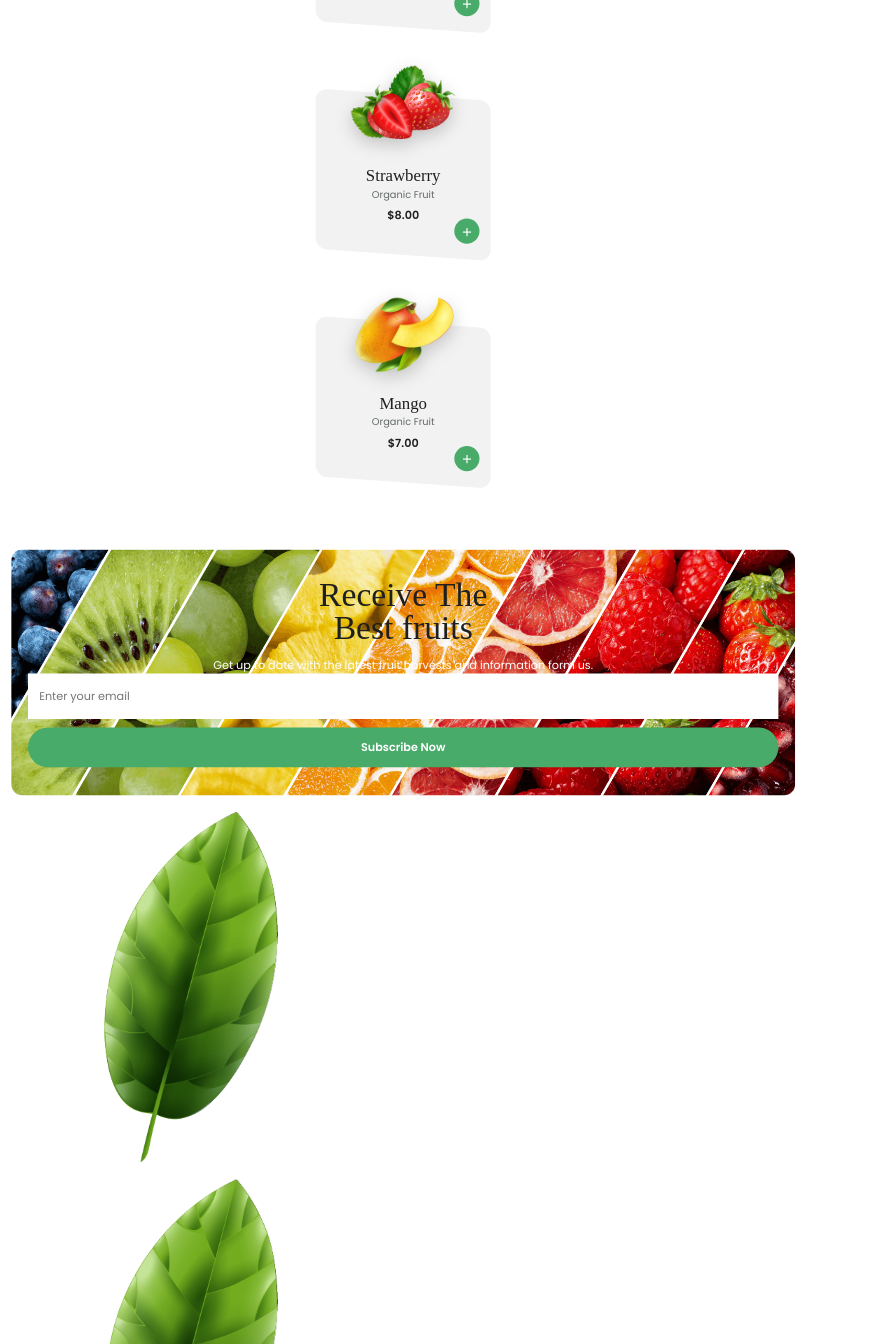
Repository: dinhhaidh/fruit
Page: index.html
These files come from the project's save history. The page is drawn as it stood at one moment and after the next save; the edit follows.
The browser window is 1280 px wide. The pictures show the part of the page from y = 3803 to 5723 px (the page is 6069 px tall), at 70% of full size.
Some web fonts or font styles are not loaded; a fallback is used.

Above is the page before, as saved 2024-02-19 09:57:54.
Console error: ReferenceError: ScrollReveal is not defined

After the next save:
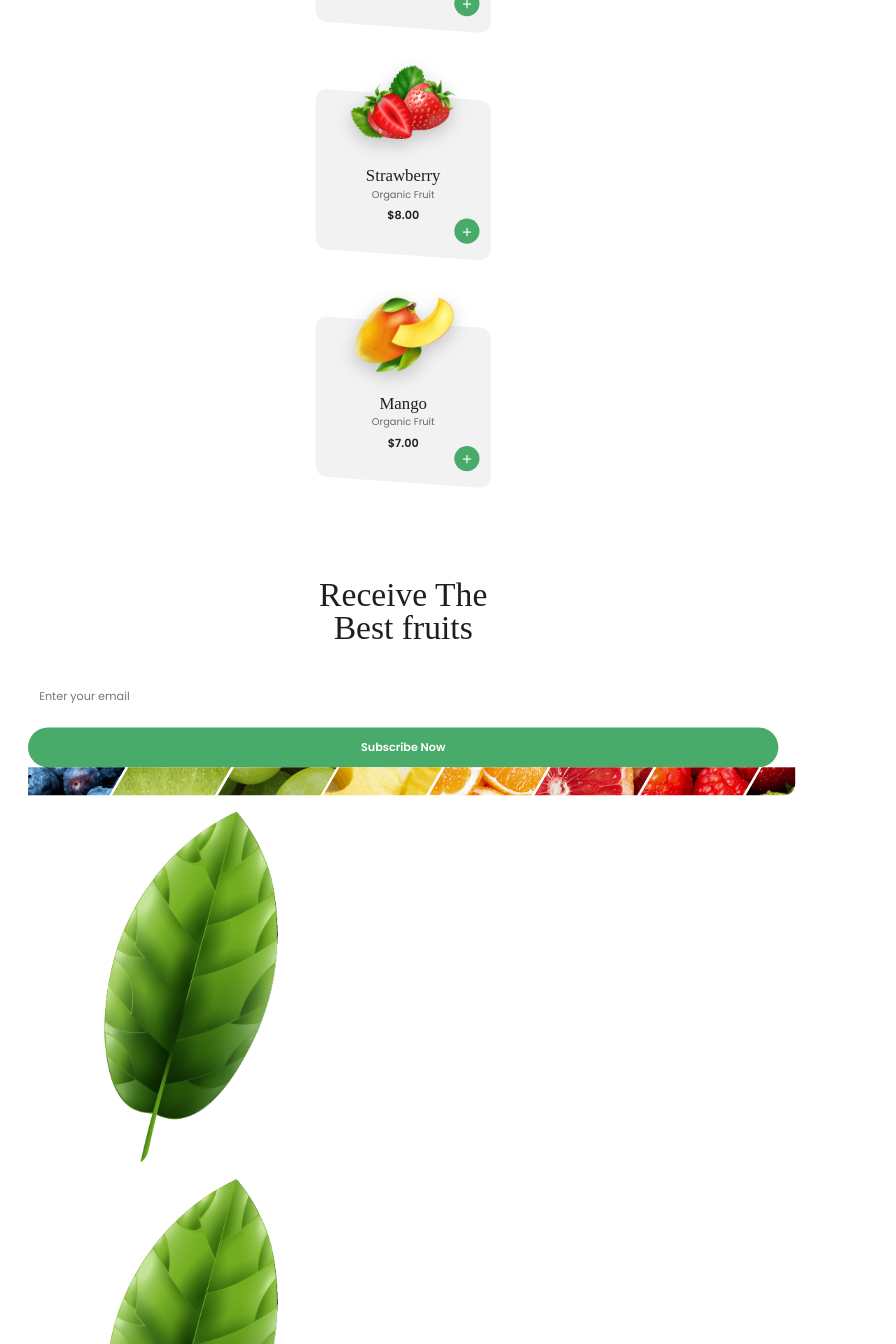
Saved 47 s later.
--- a/css/style.css
+++ b/css/style.css
@@ -494,9 +494,8 @@ img {
 }
 .join__bg{
     position: absolute;
-    top: 0;
-    left: 0;
-    z-index: -1;
+    width: 100%;
+
 }
 .button{
 
